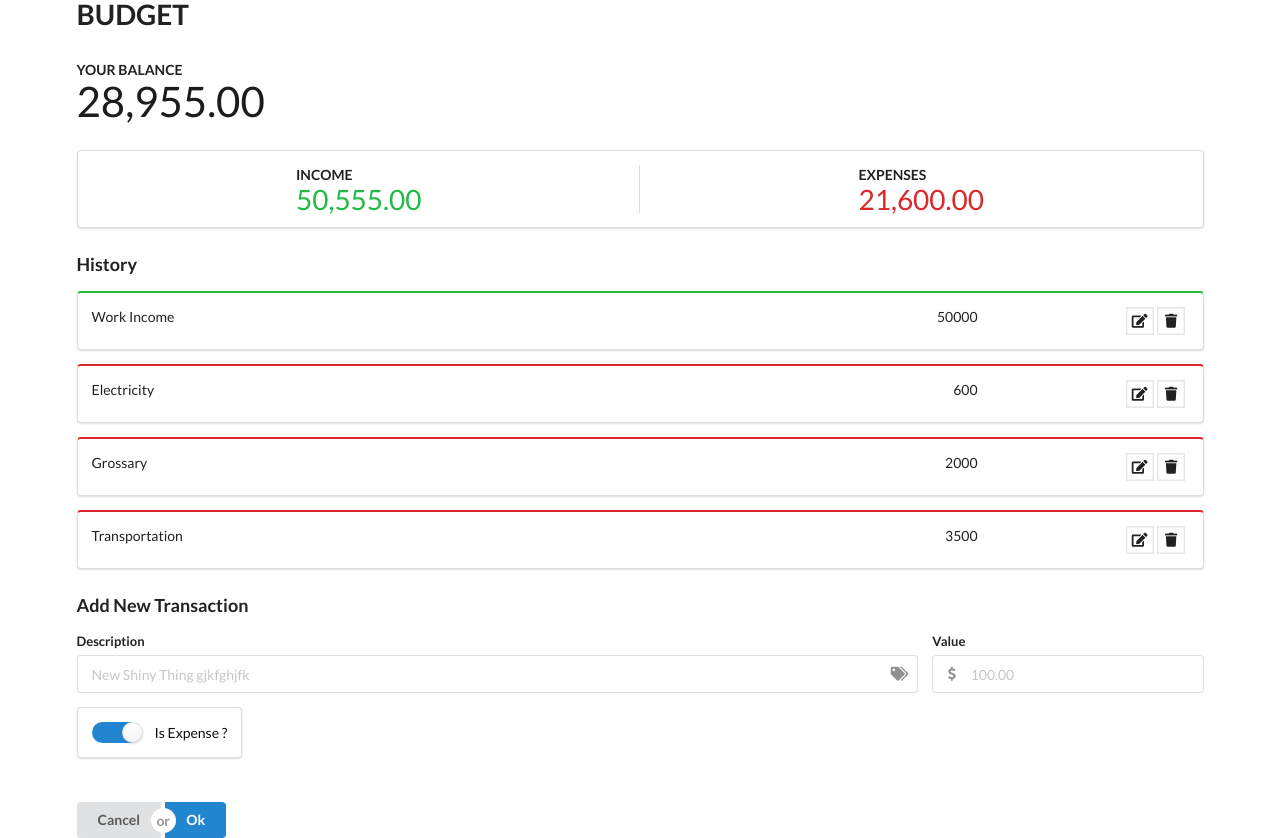
Repository: farrdy/budgets-react
Page: /
The author's editor kept a copy of each file at every save. The page is drawn from the files as they stood at one save, then again after the next save.
The browser window is 1280 px wide. The page is 1280 px wide, then 1287 px, then 1280 px, so the pictures cover 1287 px, including what lies to the right of the window. The pictures show the whole page.
The project was rebuilt for these pictures with package versions that can differ from the ones it lists, and the page was loaded fresh each time.

Above is the page before, as saved 2022-03-20 20:18:56.

### src/App.js
import {Container, Header } from 'semantic-ui-react';
import MainHeader from './components/MainHeader';
import NewEntryForm from './components/NewEntryForm';
import DisplayBalance from './components/DisplayBalance'
import DisplayBalances from './components/DisplayBalances';
import { useState } from 'react';
import EntryLines from './components/EntryLines';
import ModalEdit from './components/ModalEdit';

function App() {

 const [entries, setEntries]=useState(initialEntries)

 function deleteEntry(id) {
  const result=entries.filter(entry=>entry.id!==id)
  setEntries(result);
}
function addEntry(Description, Value, isExpense){
  const result=  entries.concat({id: entries.length+1,
     Description:Description,
     Value:Value,
     isExpense
    });

      console.log(`result`, result);
      console.log(`entries`, entries);
     setEntries(result);
}
  return (
    <Container>
      <MainHeader />
      <DisplayBalance title="Your Balance" Value="28,955.00" Color="black" size="small" />
      <DisplayBalances/>
      <Header as='h3'>History</Header>
      <EntryLines entries={entries} deleteEntry={deleteEntry}/>
      <Header as='h3'>
        Add New Transaction
      </Header>
      <NewEntryForm addEntry={addEntry} />
      <ModalEdit/>
    </Container>

  );
}

export default App;

var initialEntries=[
  {
    id:1,
    Description:'Work Income',
    Value:"50000" ,
    isExpense:false
  },
  {
    id:2,
    Description:'Electricity',
    Value:"600" ,
    isExpense:true
  },
  {
    id:3,
    Description:'Grossary',
    Value:"2000" ,
    isExpense:true
  },
  {
    id:4,
    Description:'Transportation',
    Value:"3500" ,
    isExpense:true
  }
]

### src/components/MainHeader.js
import React from 'react';
import { Header } from 'semantic-ui-react';

function MainHeader(props) {
    return <Header as='h1'>BUDGET</Header>
}

export default MainHeader;

### src/components/NewEntryForm.js
import React, { useState } from 'react';
import { Checkbox, Form, Segment } from 'semantic-ui-react';
import ButtonSaveOrCancel from './ButtonSaveOrCancel';

function NewEntryForm({addEntry}) {
const [Description, setDescription] = useState('');
const [Value, setValue] = useState('');
const [isExpense, setIsExpense] = useState(true)

    return (

        <Form unstackable >
            <Form.Group>
                <Form.Input
                    icon='tags'
                    width={12}
                    label='Description'
                    placeholder='New Shiny Thing gjkfghjfk'
                    value={Description}
                    onChange={(event)=>setDescription(event.target.value)}
                />
                <Form.Input
                    icon='dollar'
                    width={4}
                    label='Value'
                    iconPosition='left'
                    placeholder='100.00'
                    value={Value}
                    onChange={(event)=>setValue(event.target.value)}
                />
            </Form.Group>
            <Segment compact>
                <Checkbox
                 toggle label='Is Expense ?'
                 checked={isExpense}
                 onChange={()=>setIsExpense(oldState=>!oldState)}
                 />
            </Segment>
            <ButtonSaveOrCancel addEntry={addEntry}  Description={Description} Value={Value} isExpense={isExpense}/>

        </Form>

    );
}

export default NewEntryForm;

### src/components/DisplayBalance.js
import React from 'react';
import { Statistic } from 'semantic-ui-react'

function DisplayBalance({ title, Value, Color = "black", size = 'tiny' }) {
    return (
        <Statistic size={size} color={Color}>
            <Statistic.Label style={{ textAlign: 'left' }}>
                {title}
            </Statistic.Label>
            <Statistic.Value>
                {Value}
            </Statistic.Value>

        </Statistic>
    );
}

export default DisplayBalance;

### src/components/DisplayBalances.js
import React from 'react';
import { Grid, Segment } from 'semantic-ui-react';
import DisplayBalance from './DisplayBalance';

const DisplayBalances = () => {
    return (
        <Segment textAlign='center'>
        <Grid columns={2} divided>
          <Grid.Row>
            <Grid.Column>
              <DisplayBalance title="Income" Value="50,555.00" Color="green" />
            </Grid.Column>
            <Grid.Column>
              <DisplayBalance title="Expenses" Value="21,600.00" Color="red" /></Grid.Column>
          </Grid.Row>
        </Grid>
      </Segment>
    );
};

export default DisplayBalances;

### src/components/EntryLines.js
import React from 'react';
import { Container } from 'semantic-ui-react';
import EntryLine from './EntryLine';

const EntryLines = ({entries, deleteEntry}) => {
    return (
      <Container>
            {entries.map((entry)=>
            <EntryLine
                key={entry.id}
               {...entry}
               deleteEntry= {deleteEntry}

            />
            )}
      </Container>
    );
};

export default EntryLines;

### src/components/ModalEdit.js
import React from 'react'
import { Modal } from 'semantic-ui-react'

function ModalEdit({isOpen}) {
  return (
    <Modal open={isOpen}>


    </Modal>
  )
}

export default ModalEdit

### src/components/ButtonSaveOrCancel.js
import React from 'react';
import { Button } from 'semantic-ui-react';

function ButtonSaveOrCancel({addEntry, Description, Value, isExpense}) {
    return (
        <Button.Group style={{ marginTop: 30 }}>
            <Button>Cancel</Button>
            <Button.Or></Button.Or>
            <Button primary onClick={()=>addEntry(Description, Value, isExpense)}>Ok</Button>
        </Button.Group>
    );
}

export default ButtonSaveOrCancel;

### src/components/EntryLine.js
import React from 'react';
import { Grid, Icon, Segment } from 'semantic-ui-react';

const EntryLine = ({id, Description, Value, isExpense=false, deleteEntry}) => {
    return (
        <Segment color={isExpense? 'red':'green'}>
        <Grid columns={3} textAlign='right'>
          <Grid.Row>
            <Grid.Column width={10} textAlign='left'>{Description}</Grid.Column>
            <Grid.Column width={3} textAlign='right'>{Value}</Grid.Column>
            <Grid.Column width={3}>
              <Icon name='edit' bordered />
              <Icon name='trash' bordered onClick={()=>deleteEntry(id)} />
            </Grid.Column>
          </Grid.Row>
        </Grid>
      </Segment>
    );
};

export default EntryLine;

Loaded but not shown: public/index.html (common file); src/index.js (common file); src/index.css (common file); src/reportWebVitals.js (common file)

After the next save:
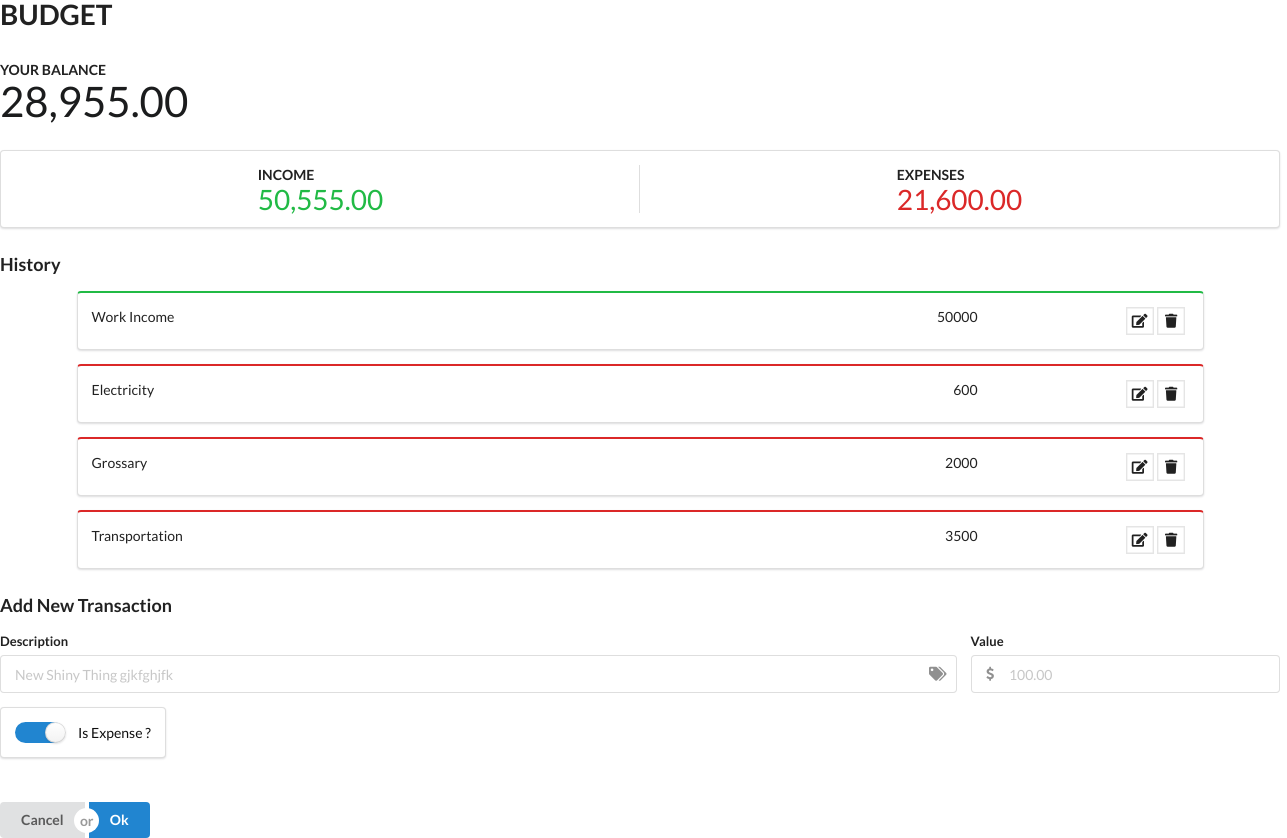
Saved 27 s later.
--- a/src/App.js
+++ b/src/App.js
@@ -27,7 +27,7 @@
      setEntries(result);
 }
   return (
-    <Container>
+    <>
       <MainHeader />
       <DisplayBalance title="Your Balance" Value="28,955.00" Color="black" size="small" />
       <DisplayBalances/>
@@ -38,7 +38,7 @@
       </Header>
       <NewEntryForm addEntry={addEntry} />
       <ModalEdit/>
-    </Container>
+    </>
 
   );
 }

After the 2 saves that followed:
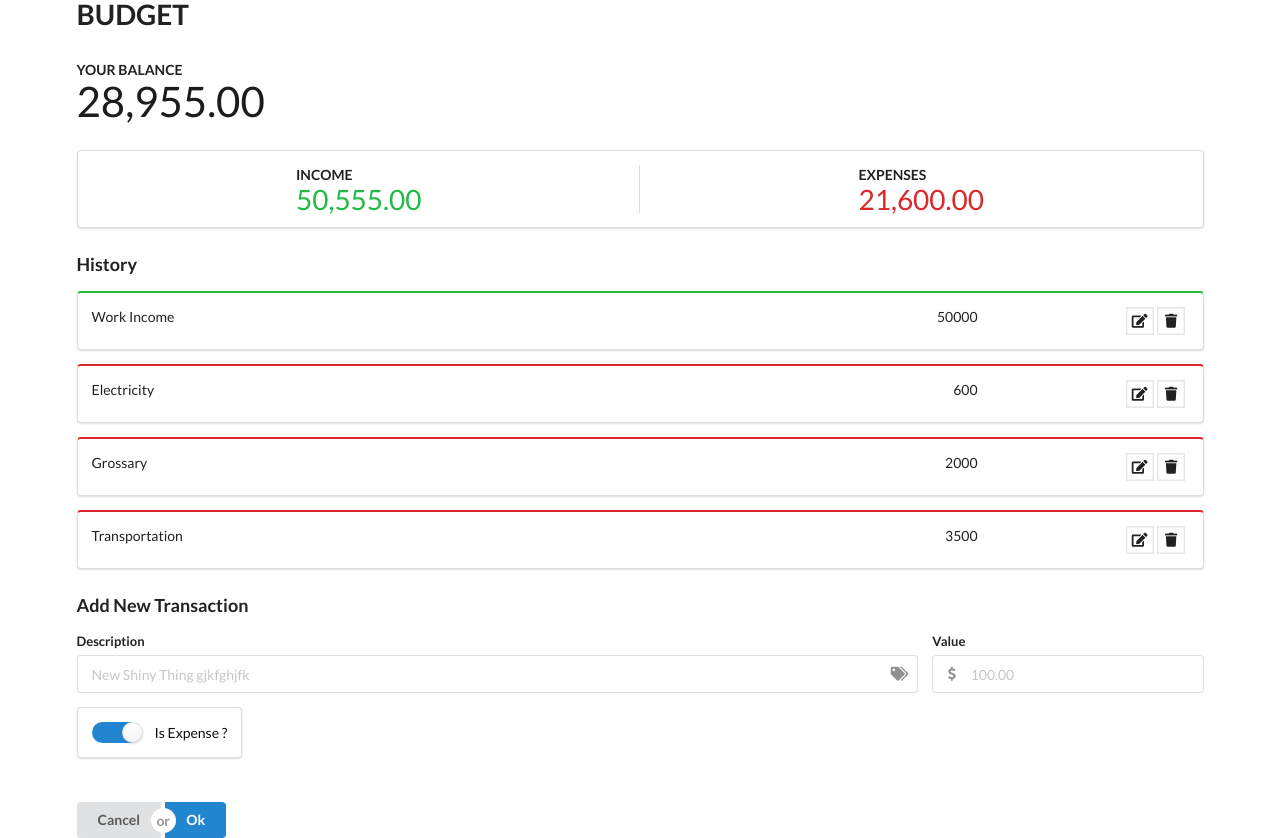
The 2 saves are shown as one change because 1 did not build or start.
The last was saved 60 s later.
--- a/src/App.js
+++ b/src/App.js
@@ -27,7 +27,7 @@
      setEntries(result);
 }
   return (
-    <>
+    <Container>
       <MainHeader />
       <DisplayBalance title="Your Balance" Value="28,955.00" Color="black" size="small" />
       <DisplayBalances/>
@@ -37,8 +37,7 @@
         Add New Transaction
       </Header>
       <NewEntryForm addEntry={addEntry} />
-      <ModalEdit/>
-    </>
+    </Container>
 
   );
 }
